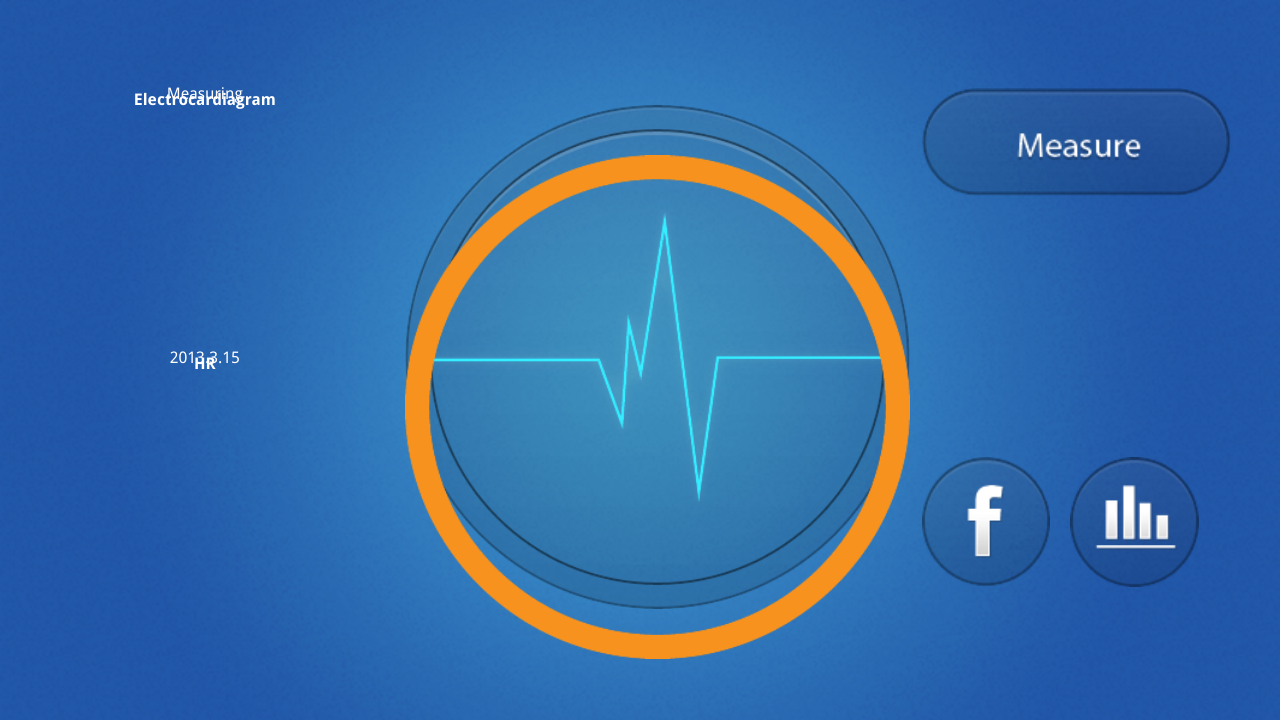
Repository: chouwill79131/IEcontest
Page: BluetoothChat/assets/main.html
These files come from the project's save history. The page is drawn as it stood at one moment and after the next save; the edit follows.
The browser window is 1280 px wide. The pictures show the whole page.

Above is the page before, as saved 2013-03-08 18:32:20.
Console error: TypeError: Cannot set properties of null (setting 'innerHTML')

### BluetoothChat/assets/main.html
<html>
  <head>
    <meta http-equiv="Content-Type" content="text/html; charset=utf-8"/>
    <link href="main.css" rel="stylesheet"/>
    <script src="jquery.js"></script>
    <script src="highcharts.js"></script>
    <script src="delay.js"></script>
    <script src="main.js"></script>
  </head>
  <body>
    <div id="main" >
    	<div class="left">
			<div class="text">
				<div class="word">Electrocardiagram</div><br />
				<div class="subword">Measuring</div><br />

				<div class="hr">HR</div><br />
				<div class="date">2013.3.15</div>
			</div>

		</div>

		<div class="mid">
			<img class="rhythm" src="button/rhythm.png" />
			<img class="circle" src="button/circle.png" />
		</div>

		<div class="right">
			<button class="measure"><img src="button/Measure.png" /></button><br />
			<button class="share" ><img src="button/Share.png" /></button>
			<button class="record"><img src="button/Record.png" /></button>
		</div>




	</div>
  </body>
</html>

### BluetoothChat/assets/main.css
@font-face {
    font-family: droidsans;
    src: url(fonts/droidsans.ttf);
}

@font-face {
    font-family: DroidSans-Bold;
    src: url(fonts/DroidSans-Bold.ttf);
}

@font-face {
    font-family: DroidSans-Italic;
    src: url(fonts/DroidSans-Italic.ttf);
}


body { margin:0; padding:0; }
#main { width: auto; height: 100%; background-image: url(button/background.png); background-size: 100% 100%; }
.left, .mid, .right {float: left; height: 100%; }


.left {  width: 28%; padding-left:2%;}
.text, .hr , .date{ text-align: center; color:white;}
.word { margin-top: 25%;  font-family: DroidSans-Bold ;}
.subword, .date { margin-top:-12%; font-family: droidsans ;}
.hr {   margin-top: 65%;  font-family: DroidSans-Bold }
.date { font-family: droidsans ;}

.mid { width: 41%; }
.rhythm, .circle { width: auto; height:70%; margin-left: 4%; }
.rhythm { margin-top: 20%; z-index: 1; }
.circle { margin-top: -86.5%; z-index: 2; position: relative;}

.right { width: 29%; }
.right button { float: left; border: none; background: transparent; }
.measure img {margin-top: 10%; width: auto;  height:15%;  z-index: 1;}
.share img, .record img { width: auto;  height:18%; }
.measure { margin-left: 2%; margin-top: 15%; }
.share, .record { background: red;margin-top: 70%; margin-left: 2%; }


<!--
border? font? .record_top
-->

### BluetoothChat/assets/delay.js

$(function(){
setTimeout(function(){
$.getScript("dy_chart.js");
},200)
})

### BluetoothChat/assets/main.js
var chart;
var step = 0.01;	//step0.008每秒125點	//0.005極限
var xstart = step;
var hr = "--";
var score = "--";
var index;
$(document).ready(function ready() {

    var s = "";
    var theDate = new Date();
    s += theDate.getYear()+1900 + ".";                //  年
    s += (theDate.getMonth() + 1) + ".";				// 月
    s += theDate.getDate(); 							// 日
    document.getElementById("date").innerHTML = s;
    index = document.getElementById("main").innerHTML; //保留首頁

    $(".measure").live("click", function() {
      measure();
    }); //click .measure


}); //(document).ready

function shared(){
	view1 = document.getElementById("rhythm").innerHTML;
	document.getElementById("rhythm").innerHTML = view1+'<img class="stop" src="button/complete.png" style="width:100%; margin-top: -50% ;z-index:5;position: relative;" />';
	$("#main").live("click", function() {
      document.getElementById("rhythm").innerHTML = view1;
    });
}

function complete(hr1,score1){
  hr = hr1;
  score = score1;
  view = document.getElementById("dy_chart").innerHTML;
  document.getElementById("dy_chart").innerHTML = view+'<img class="stop" src="button/Completed.png" style="width:50%; margin: -20% 0% 0% 25%; z-index:2;position: relative;" />';
  $(".stop").html('<img src="button/Continue.png" />');
}

function addSomething(a) {
  for (var i in a){
    chart.series[0].addPoint([xstart,a[i]],false,true);
    xstart += step;
  }
  chart.redraw();
}

function history(history){
	view2 = document.getElementById("main").innerHTML;
    $("#main").html(
    '<div class="main1">'+
	'<div class="contain">'+
	'<div id="dy_chart" style="z-index:1;position: relative;"></div>'+
	'</div>'+
	'<div id="foot">'+
	'<button class="stop">'+
	'<img src="button/Back.png" />'+
	'</button>'+
	'</div>'+
    '</div>'
    );

    Highcharts.setOptions({
      global: {
	useUTC: true
      }
    });

    hischart = new Highcharts.Chart({
      chart: {
		renderTo: 'dy_chart',
		backgroundColor: 'transparent',
		type: 'line',
      },
      title: {
		style:{ color: '#FFFFFF'},
		text: 'Measure history',
      },
      credits: {			// highchart.com
		enabled:false
      },
      legend: {  			// 線的標示
        enabled: false
      },
      xAxis: {
      	type: 'datetime',
		dateTimeLabelFormats: { // don't display the dummy year
	  		month: '%e. %b',
	  		year: '%b'
		},
		lineColor: '#FFFFFF',
		labels: {
	  		style: {
				color: '#FFFFFF',
			}
		}
	  },
	  yAxis: {
	    title: {text: 'Feeling',
	    			style: {
						color: '#FFFFFF',
					}
				},
	  	gridLineColor: '#FFFFFF',
	  	labels: {
	  		style: {
				color: '#FFFFFF',
			}
		}
	  },
	  plotOptions: {
                line: {
                    dataLabels: {
                        enabled: true,
                        color: '#FFFFFF',
                    },
                    enableMouseTracking: true,
                }
      },
	series: [{
	  name: 'measure history',
	  color: '#FFFFFF',
	  data: history
	}],
    });

    $(".stop").live("click", function(){
 //     hr = "--";
      $(".main1").html(view2);
 //     document.getElementById("hr").innerHTML = hr;
    });
};// .record click

function measure(){
	xstart = 0.01;
	$("#main").html('<div class="main1">'+
		'<div class="contain">'+
		'<div id="dy_chart" style="z-index:1;position: relative;"></div>'+
		'</div>'+
		'<div id="foot">'+
		'<button class="stop" onclick="window.MyHandler.disconnect()">'+
		'<img src="button/Stop.png" />'+
		'</button>'+
		'</div>'+
      	'</div>');
    Highcharts.setOptions({
      global: {useUTC: true }
    });
    chart = new Highcharts.Chart({
      chart: {
		renderTo: 'dy_chart',
		backgroundColor: 'transparent',
		type: 'spline',
		marginRight: 10,
      },
      credits: {enabled:false},
      title: {
		style:{ color: '#FFFFFF'},
		text: 'Electrondiagram',
      },
      xAxis: {
		type: 'x Axis',
		style:{ color: '#FFFFFF'},
		tickPixelInterval: 100,
		lineColor: '#FFFFFF',
		labels: {style: {color: '#FFFFFF'}},
      },
      yAxis: {
      	title: {
      		text: 'Score',
      		style: {color: '#FFFFFF'}},
	  		gridLineColor: '#FFFFFF',
	  		labels: {style: {color: '#FFFFFF'}},
			//max:1500,
			//min:0,
			title: {
	  			style:{ color: '#FFFFFF'},
	  			text: 'PPG'
	  		},
			plotLines: [{value: 0,width: 1}]
      	},
      	legend: {enabled: false},
      	exporting: {enabled: false},
      	plotOptions: {
			spline: {
	  			lineWidth: 1,
	  			states: {
	    			hover: {
	      				enabled: false,
	      				lineWidth: 2
	    			}
	  			},
	  		marker: {
	    		enabled: false,
	    		states: {
	      			hover: {
						enabled: false,
	      			}
	    		}
	  		},
		}
      }, // yAxis
      series: [{
		name: 'Data',
		color: '#FFFFFF',
		data: (function() {
	  		var data = [];
	  		var step = 0.01;	//step0.008每秒125點	//0.005極限
			var xstart = step;
	  		for (var i = -4; i <= xstart; i+=step){data.push({x: i,y: 0 });}
	  		return data;
		})()
		}]
    }); //Highcharts

    hr = '--';
    score = '--';
    $(".stop").live("click",function() {
      $(".main1").html(index);
      document.getElementById("hr").innerHTML = hr;
      document.getElementById("rhythm").innerHTML = '<div id="score">'+score+'</div><img class="circle" src="button/circle.png" />';
    }); //click .stop
}

### BluetoothChat/assets/dy_chart.js
var chart;
var step = 0.01;	//step0.008每秒125點	//0.005極限
var xstart = step;
//a = Math.random();
var hr = 15;
var score = 80;
function complete(hr1,score1){
	hr = hr1;
	score = score1;
	view = document.getElementById("dy_chart").innerHTML;
	document.getElementById("dy_chart").innerHTML = view+'<img class="stop" src="button/60.png" style="width:50%; margin: -20% 0% 0% 25%; z-index:2;position: relative;" /><br />'+hr+',<br />'+score;
}

function addSomething(a) {
//	setInterval(function() {        			 // for testing feq
	for (var i in a){
		chart.series[0].addPoint([xstart,a[i]],false,true);
		xstart += step;
	}

	/**
	chart.series[0].addPoint([xstart,a],false,true);
	xstart += step;
	**/

	chart.redraw();
//	}, 1000);									// for testing feq
}



$(function () {
	$(".stop").click(function() {
	$(".main1").html('  <div id="main" >'+
    	'<div class="left">'+
			'<div class="text">'+
				'<div class="word">Electrocardiagram</div><br />'+
				'<div class="subword">Measuring</div><br />'+
				'<div class="hr">HR <span id="hr"></span></div>'+
				'<div id="date"></div>'+
			'</div>'+
		'</div>'+
		'<div class="mid" id="mid">'+
			'<div class="score">84</div>'+
			'<img class="circle" src="button/circle.png" />'+
		'</div>'+
		'<div class="right">'+
			'<button class="measure"><img src="button/Measure.png" /></button><br />'+
			'<button class="share" ><img src="button/Share.png" /></button>'+
			'<button class="record"><img src="button/Record.png" /></button>'+
		'</div>'+
	'</div>');
 // 		window.location.href = "complete.html";
	});
    $(document).ready(function() {
        Highcharts.setOptions({
            global: {
                useUTC: false
            }
        });

        chart = new Highcharts.Chart({
            chart: {
                renderTo: 'dy_chart',
                backgroundColor: 'transparent',
                type: 'spline',
                marginRight: 10,
            },
            credits: {
            enabled:false
            }
            ,
            title: {
            	style:{ color: '#FFFFFF'},
                text: 'Electrondiagram',
            },
            xAxis: {
                type: 'x Axis',
                style:{ color: '#FFFFFF'},
                tickPixelInterval: 150
            },
            yAxis: {
            	max:1500,
            	min:0,
                title: {
                	style:{ color: '#FFFFFF'},
                    text: 'Value'
                },
                plotLines: [{
                    value: 0,
                    width: 1,
                }]
            },

            legend: {
                enabled: false
            },
            exporting: {
                enabled: false
            },
	    plotOptions: {
                spline: {
                   lineWidth: 1,
                   states: {
                       hover: {
                       	enabled: false,
                        lineWidth: 2
                       }
                   },
                   marker: {
                      enabled: false,
                      states: {
                          hover: {
                             enabled: false,
                          }
                      }
                  },
               }
            },
            series: [{
                name: 'Data',
                color: '#FFFFFF',
                data: (function() {
                    // generate an array of random data
                    var data = [],
                        time = (new Date()).getTime(),i;

                    for (i = -4; i <= xstart; i+=step) {
                        data.push({
                            x: i,
                            y: 0
                        });
                    }
                    return data;
                })()
            }]
        });
    });
});

Loaded but not shown: BluetoothChat/assets/jquery.js (library); BluetoothChat/assets/highcharts.js (library)

After the next save:
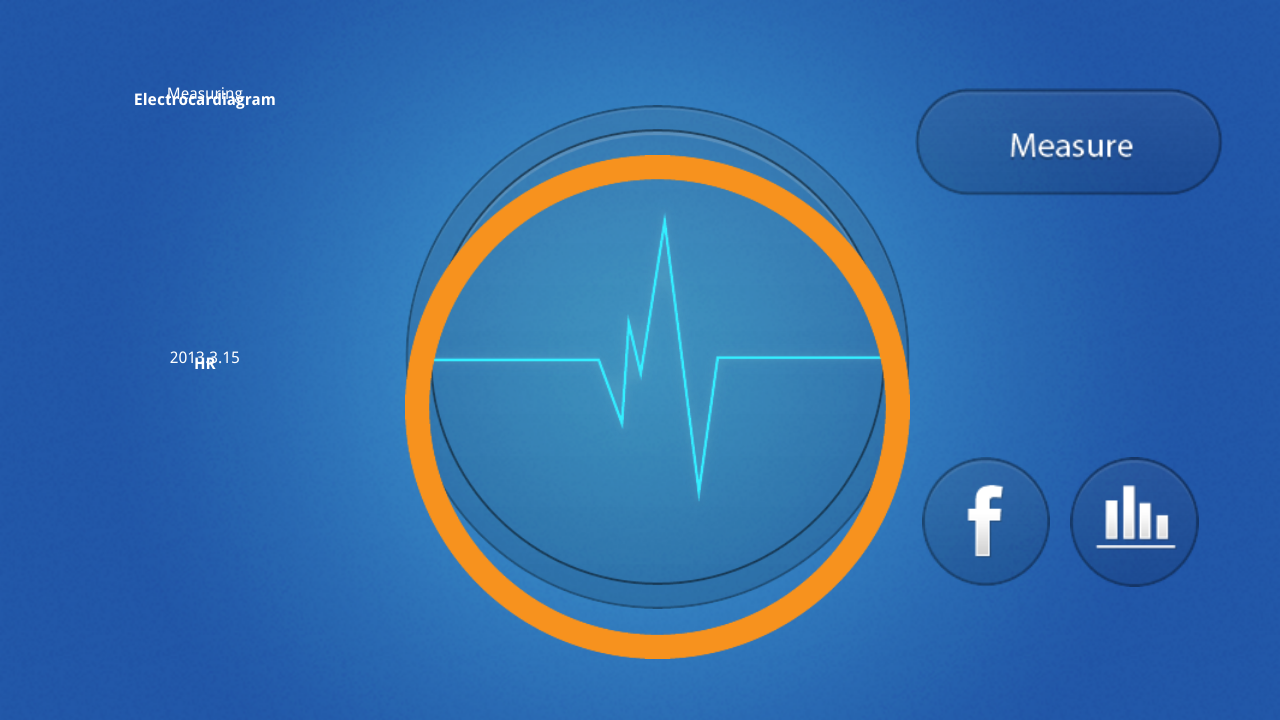
Saved 24 s later.
--- a/BluetoothChat/assets/main.css
+++ b/BluetoothChat/assets/main.css
@@ -33,9 +33,9 @@ body { margin:0; padding:0; }
 
 .right { width: 29%; }
 .right button { float: left; border: none; background: transparent; }
-.measure img {margin-top: 10%; width: auto;  height:15%;  z-index: 1;}
+.measure img {margin-top: 10%; width: auto;  height:15%; }
 .share img, .record img { width: auto;  height:18%; }
-.measure { margin-left: 2%; margin-top: 15%; }
+.measure { margin-left: 0%; margin-top: 15%; }
 .share, .record { background: red;margin-top: 70%; margin-left: 2%; }
 
 
